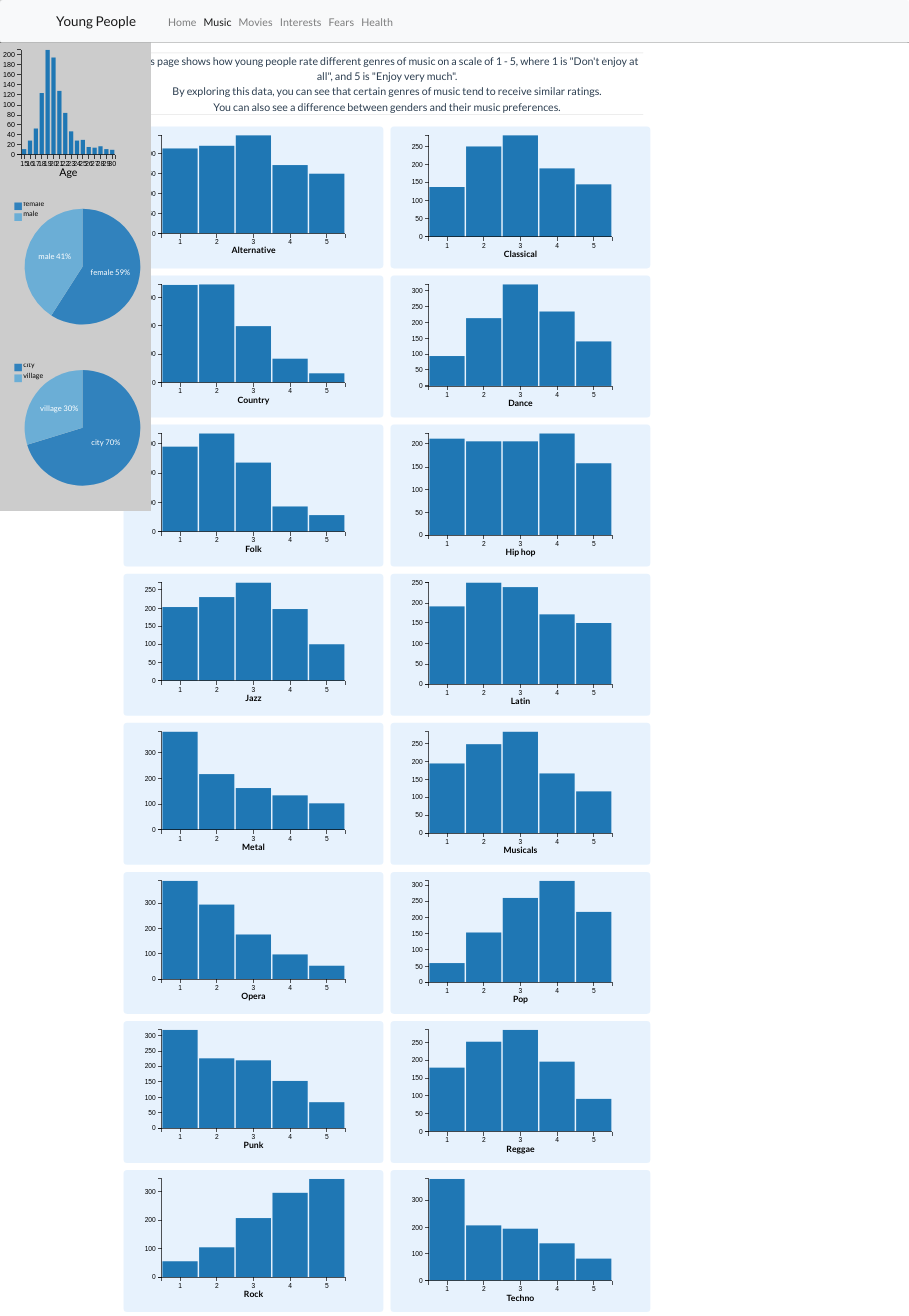
Repository: BrendanMolloy/milestone2
Page: music.html
The author's editor kept a record of every edit. The page is drawn from the files as they stood at one moment, then again after the next edit.
The browser window is 1280 px wide. The pictures show the whole page, at 71% of full size.
Some web libraries are served in a nearby version.

Above is the page before.

### music.html
<!DOCTYPE html>
<html lang="en">

<head>
  <meta charset="UTF-8">
  <meta name="viewport" content="width=device-width, initial-scale=1.0">
  <meta http-equiv="X-UA-Compatible" content="ie=edge">
  <title>Young People</title>

  <link rel="stylesheet" href="https://maxcdn.bootstrapcdn.com/bootstrap/4.0.0/css/bootstrap.min.css" integrity="sha384-Gn5384xqQ1aoWXA+058RXPxPg6fy4IWvTNh0E263XmFcJlSAwiGgFAW/dAiS6JXm" crossorigin="anonymous">

  <link rel="stylesheet" href="css/bootstrap.min.css" type="text/css" />
  <link rel="stylesheet" href="css/dc.min.css" type="text/css" />
  <link rel="stylesheet" href="css/style.css" type="text/css" />

  <script type="text/javascript" src="js/d3.min.js"></script>
  <script type="text/javascript" src="js/crossfilter.min.js"></script>
  <script type="text/javascript" src="js/dc.min.js"></script>
  <script type="text/javascript" src="js/queue.min.js"></script>
  <script type="text/javascript" src="js/music.js"></script>
</head>

<body>
  <!------------------------------- Navbar -------------------------------------->

  <div class="navbar-container">
    <nav class="navbar navbar-expand-lg navbar-light bg-light">
      <a class="navbar-brand" href="#">Young People</a>
      <button class="navbar-toggler" type="button" data-toggle="collapse" data-target="#navbarNav" aria-controls="navbarNav" aria-expanded="false" aria-label="Toggle navigation">
    <span class="navbar-toggler-icon"></span>
  </button>
      <div class="collapse navbar-collapse" id="navbarNav">
        <ul class="navbar-nav">
          <li class="nav-item">
            <a class="nav-link" href="index.html">Home</a>
          </li>
          <li class="nav-item active">
            <a class="nav-link" href="music.html">Music <span class="sr-only">(current)</span></a>
          </li>
          <li class="nav-item">
            <a class="nav-link" href="movies.html">Movies</a>
          </li>
          <li class="nav-item">
            <a class="nav-link" href="interests.html">Interests</a>
          </li>
          <li class="nav-item">
            <a class="nav-link" href="fears.html">Fears</a>
          </li>
          <li class="nav-item">
            <a class="nav-link" href="health.html">Health</a>
          </li>
        </ul>
      </div>
    </nav>
  </div>

  <!------------------------------- Sidebar ------------------------------------->
  <!--  filters/demographics -->
  <div class="container">
    <div class="row">
      <div class="sidenav col-xs-5 col-sm-5 col-m-5 col-lg-2">
        <div id="age" class="side-graphs"></div>
        <div id="gender-balance" class="side-graphs"></div>
        <div id="city-village" class="side-graphs"></div>
        <div id="handedness" class="side-graphs"></div>
      </div>

      <!-------------------------------- Music ------------------------------------->
      <div class="main col-xs-7 col-sm-7 col-m-7 col-lg-10">
        <h1>Music Preferences</h1>
        <p>This page shows how young people rate different genres of music on a scale of 1 - 5, where 1 is "Don't enjoy at all", and 5 is "Enjoy very much".
          <br> By exploring this data, you can see that certain genres of music tend to receive similar ratings.
          <br> You can also see a difference between genders and their music preferences.</p>
        <div class="row">
          <div id="alternative" class="col-sm-12 col-m-6 col-lg-6 badge"></div>
          <div id="classical" class="col-sm-12 col-m-6 col-lg-6 badge"></div>
          <div id="country" class="col-sm-12 col-m-6 col-lg-6 badge"></div>
          <div id="dance" class="col-sm-12 col-m-6 col-lg-6 badge"></div>
          <div id="folk" class="col-sm-12 col-m-6 col-lg-6 badge"></div>
          <div id="hiphop" class="col-sm-12 col-m-6 col-lg-6 badge"></div>
          <div id="jazz" class="col-sm-12 col-m-6 col-lg-6 badge"></div>
          <div id="latin" class="col-sm-12 col-m-6 col-lg-6 badge"></div>
          <div id="metal" class="col-sm-12 col-m-6 col-lg-6 badge"></div>
          <div id="musicals" class="col-sm-12 col-m-6 col-lg-6 badge"></div>
          <div id="opera" class="col-sm-12 col-m-6 col-lg-6 badge"></div>
          <div id="pop" class="col-sm-12 col-m-6 col-lg-6 badge"></div>
          <div id="punk" class="col-sm-12 col-m-6 col-lg-6 badge"></div>
          <div id="reggae" class="col-sm-12 col-m-6 col-lg-6 badge"></div>
          <div id="rock" class="col-sm-12 col-m-6 col-lg-6 badge"></div>
          <div id="techno" class="col-sm-12 col-m-6 col-lg-6 badge"></div>
        </div>
      </div>
    </div>
  </div>

  <script src="https://code.jquery.com/jquery-3.2.1.slim.min.js" integrity="sha384-KJ3o2DKtIkvYIK3UENzmM7KCkRr/rE9/Qpg6aAZGJwFDMVNA/GpGFF93hXpG5KkN" crossorigin="anonymous"></script>
  <script src="https://cdnjs.cloudflare.com/ajax/libs/popper.js/1.12.9/umd/popper.min.js" integrity="sha384-ApNbgh9B+Y1QKtv3Rn7W3mgPxhU9K/ScQsAP7hUibX39j7fakFPskvXusvfa0b4Q" crossorigin="anonymous"></script>
  <script src="https://maxcdn.bootstrapcdn.com/bootstrap/4.0.0/js/bootstrap.min.js" integrity="sha384-JZR6Spejh4U02d8jOt6vLEHfe/JQGiRRSQQxSfFWpi1MquVdAyjUar5+76PVCmYl" crossorigin="anonymous"></script>


</body>

</html>

### css/style.css
.section {
  text-align: center;
  padding: 0px;
}

.row {
  text-align: center;
}

p{
  border-top: 1px solid #e6e6e6 ;
  border-bottom: 1px solid #e6e6e6;
}

.landing p {
  background: rgba(231, 242, 253, 0.7);
    -webkit-animation: fadein 3s; /* Safari, Chrome and Opera > 12.1 */
       -moz-animation: fadein 3s; /* Firefox < 16 */
        -ms-animation: fadein 3s; /* Internet Explorer */
         -o-animation: fadein 3s; /* Opera < 12.1 */
            animation: fadein 3s;
}




.navbar-container {
  z-index: 2;
    position: fixed;
    width: 100vw;
    border-bottom: 1px solid #000;

}

.navbar {
  z-index: 2;
  padding:0;
  padding-left:5%;
  padding-right:5%;
  margin:0;
}


.landing {
  text-align: center;
  padding-top: 60px;
  padding-right: 15%;
  padding-left: 15%;
  background: url("../images/young-people.jpg") no-repeat fixed center;
  height: 100vh;
  background-size: cover;
}

.landing-graphs {
  position: relative;
  height: 0;
  width: 100%;
  padding: 5%;
  padding-bottom: 25%;
  background: rgba(231, 242, 253, 0.9);
}

.sidenav {
  height: 100%; /*Full-height: remove this if you want "auto" height */
  /*width: 450px;  Set the width of the sidebar */
  position: fixed; /* Fixed Sidebar (stay in place on scroll) */
  z-index: 1; /* Stay on top */
  top: 0; /* Stay at the top */
  left: 0;
  background-color: #CCCCCC; /* Light Grey */
  overflow-x: hidden; /* Disable horizontal scroll */
  padding: 0;
  padding-top: 60px;
  border-right: 1px solid #000;
}

.main {
  /*margin-left: 250px;
  Same as the width of the sidebar */
  max-width: 100vw;
  padding-left: 10%;
  padding-right: 10%;
  /*padding-top: 60px; */
}

.badge {
  background-color: #E7F2FD;
  border: 5px solid #fff;
}


#music-enjoyment {
  padding: 0;
}

.side-graphs {
  text-align: center;
  width: 100%;
  padding: 20px;
  padding-right: 0px;
}

.side-graphs#age {
  padding: 0;
}

### js/music.js
/* global queue */
/* global d3 */
/* global crossfilter */
/* global dc */

queue()
    .defer(d3.csv, "data/young-people.csv")
    .await(makeGraphs);

function makeGraphs(error, ypData){
    var ndx = crossfilter(ypData);

    // demographics //
    show_age_range(ndx);
    show_pie_chart(ndx, 'Gender', "#gender-balance");
    show_pie_chart(ndx, 'Village - town', "#city-village");
    show_pie_chart(ndx, 'Left - right handed', "#handedness")

    // music //
    /*show_enjoyment(ndx, 'Music', "#music-enjoyment", "I enjoy listening to music");*/
    show_bar_chart(ndx, 'Alternative', "#alternative", "Alternative");
    show_bar_chart(ndx, 'Classical music', "#classical", "Classical");
    show_bar_chart(ndx, 'Country', "#country", "Country");
    show_bar_chart(ndx, 'Dance', "#dance", "Dance");
    show_bar_chart(ndx, 'Folk', "#folk", "Folk");
    show_bar_chart(ndx, 'Hiphop, Rap', "#hiphop", "Hip hop");
    show_bar_chart(ndx, 'Swing, Jazz', "#jazz", "Jazz");
    show_bar_chart(ndx, 'Latino', "#latin", "Latin");
    show_bar_chart(ndx, 'Metal or Hardrock', "#metal", "Metal");
    show_bar_chart(ndx, 'Musical', "#musicals", "Musicals");
    show_bar_chart(ndx, 'Opera', "#opera", "Opera");
    show_bar_chart(ndx, 'Pop', "#pop", "Pop");
    show_bar_chart(ndx, 'Punk', "#punk", "Punk");
    show_bar_chart(ndx, 'Reggae, Ska', "#reggae", "Reggae");
    show_bar_chart(ndx, 'Rock', "#rock", "Rock");
    show_bar_chart(ndx, 'Techno, Trance', "#techno", "Techno");

    dc.utils.printSingleValue.fformat = d3.format('.0f');

    dc.renderAll();
}

function remove_empty_bins(source_group) { //eliminates empty or null values from the dataset, so graphs can render unimpeded//
    return {
        all:function () {
            return source_group.all().filter(function(d) {
                //return Math.abs(d.value) > 0.00001; // if using floating-point numbers
                return d.key !== ""; // if integers only
            });
        }
    };
}



//---------------------- Demographics Graphs ---------------------------------//

function show_pie_chart(ndx, dimensionLabel, id){
    var dim = ndx.dimension(dc.pluck(dimensionLabel));
    var group = dim.group();
    var filtered_group = remove_empty_bins(group)

    dc.pieChart(id)
        .useViewBoxResizing(true)
        .externalRadiusPadding(10)
        .innerRadius(0)
        .dimension(dim)
        .group(filtered_group)
        .legend(dc.legend())
        .on('pretransition', function(chart) {
        chart.selectAll('text.pie-slice').text(function(d) {
            return d.data.key + ' ' + dc.utils.printSingleValue((d.endAngle - d.startAngle) / (2*Math.PI) * 100) + '%';
        })
    })
}

function show_age_range(ndx){
    var dim = ndx.dimension(dc.pluck('Age'));
    var group = dim.group();
    var filtered_group = remove_empty_bins(group)

    dc.barChart("#age")
        .useViewBoxResizing(true)
        .dimension(dim)
        .group(filtered_group)
        .transitionDuration(500)
        .x(d3.scale.ordinal())
        .xUnits(dc.units.ordinal)
        .elasticY(true)
        .xAxisLabel("Age")
        .yAxis().ticks(10);
}

/*function show_age_range(ndx){ //displays age distribution in pie chart form
    var dim = ndx.dimension(dc.pluck('Age'));
    var group = dim.group();
    var filtered_group = remove_empty_bins(group)

    dc.pieChart("#age")
        .useViewBoxResizing(true)
        .externalRadiusPadding(10)
        .innerRadius(0)
        .dimension(dim)
        .group(filtered_group)
        .legend(dc.legend())
        .on('pretransition', function(chart) {
        chart.selectAll('text.pie-slice').text(function(d) {
            return d.data.key + ' ' + dc.utils.printSingleValue((d.endAngle - d.startAngle) / (2*Math.PI) * 100) + '%';
        })
    })
} */

//---------------------------- Main Graphs ----------------------------------//

function show_enjoyment(ndx, dimensionLabel, id, xlabel){
    var dim = ndx.dimension(dc.pluck(dimensionLabel));
    var group = dim.group();
    var filtered_group = remove_empty_bins(group)

    dc.barChart(id)
        .width(400)
        .height(300)
        .margins({top:10, right:50, bottom:30, left:50})
        .dimension(dim)
        .group(filtered_group)
        .transitionDuration(500)
        .x(d3.scale.ordinal())
        .xUnits(dc.units.ordinal)
        .elasticY(true)
        .xAxisLabel(xlabel)
        .yAxis().ticks(10);
}

function show_bar_chart(ndx, dimensionLabel, id, xlabel){
    var dim = ndx.dimension(dc.pluck(dimensionLabel)); //selects column from dataset
    var group = dim.group();
    var filtered_group = remove_empty_bins(group)
    /*var w = 240; //adjust graph dimensions
    var h = 180; */

    dc.barChart(id)
        /*.width(w)
        .height(h) */
        .useViewBoxResizing(true)
        .margins({top:10, right:50, bottom:30, left:50})
        .dimension(dim)
        .group(filtered_group)
        .transitionDuration(500)
        .x(d3.scale.ordinal())
        .xUnits(dc.units.ordinal)
        .elasticY(true)
        .xAxisLabel(xlabel)
        .yAxis().ticks(5);
}

Loaded but not shown: css/bootstrap.min.css (library); css/dc.min.css (library); js/d3.min.js (library); js/crossfilter.min.js (library); js/dc.min.js (library); js/queue.min.js (common file)

After the next edit:
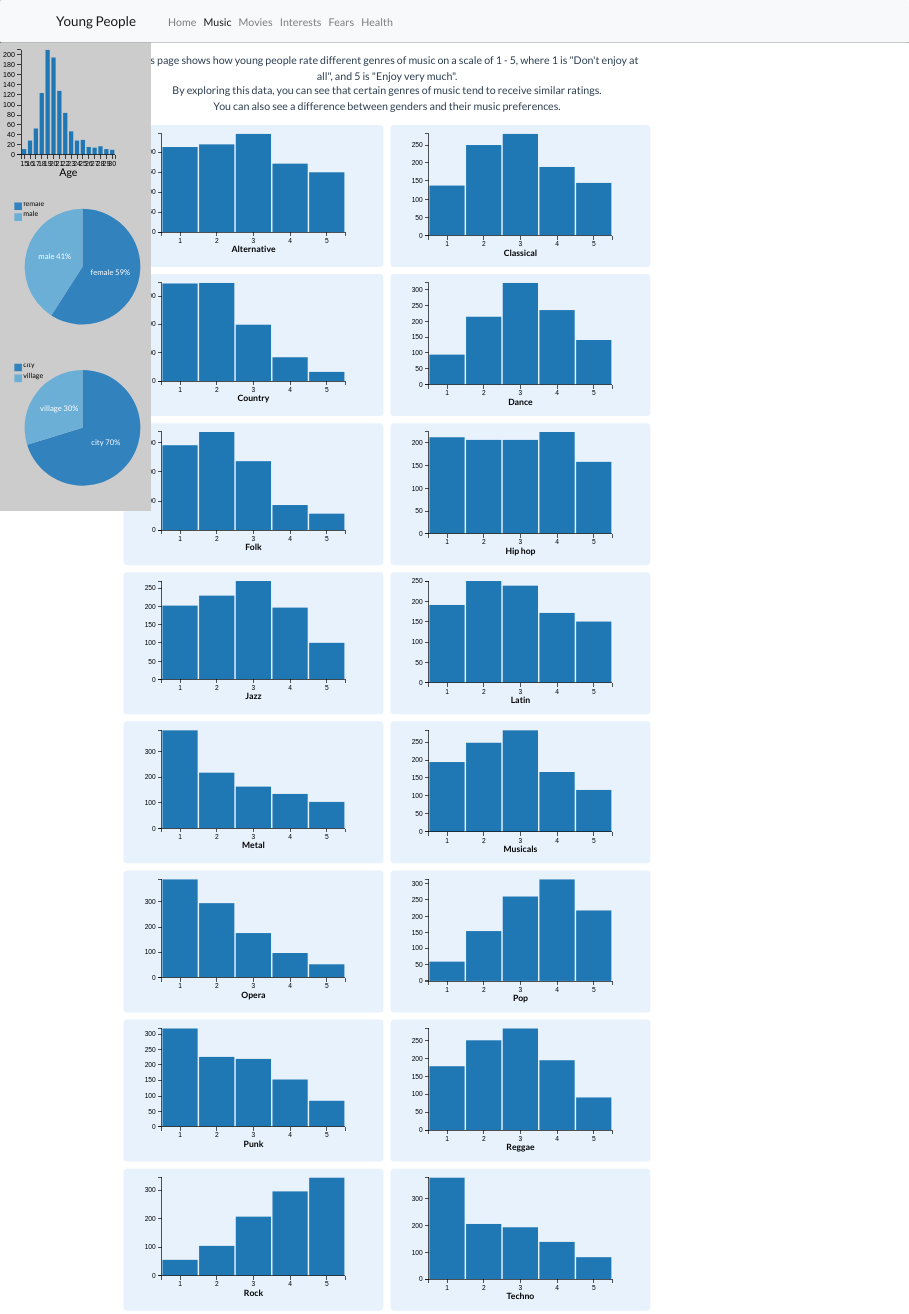
The edit:
--- a/css/style.css
+++ b/css/style.css
@@ -6,23 +6,6 @@
 .row {
   text-align: center;
 }
-
-p{
-  border-top: 1px solid #e6e6e6 ;
-  border-bottom: 1px solid #e6e6e6;
-}
-
-.landing p {
-  background: rgba(231, 242, 253, 0.7);
-    -webkit-animation: fadein 3s; /* Safari, Chrome and Opera > 12.1 */
-       -moz-animation: fadein 3s; /* Firefox < 16 */
-        -ms-animation: fadein 3s; /* Internet Explorer */
-         -o-animation: fadein 3s; /* Opera < 12.1 */
-            animation: fadein 3s;
-}
-
-
-
 
 .navbar-container {
   z-index: 2;

After the edit that followed:
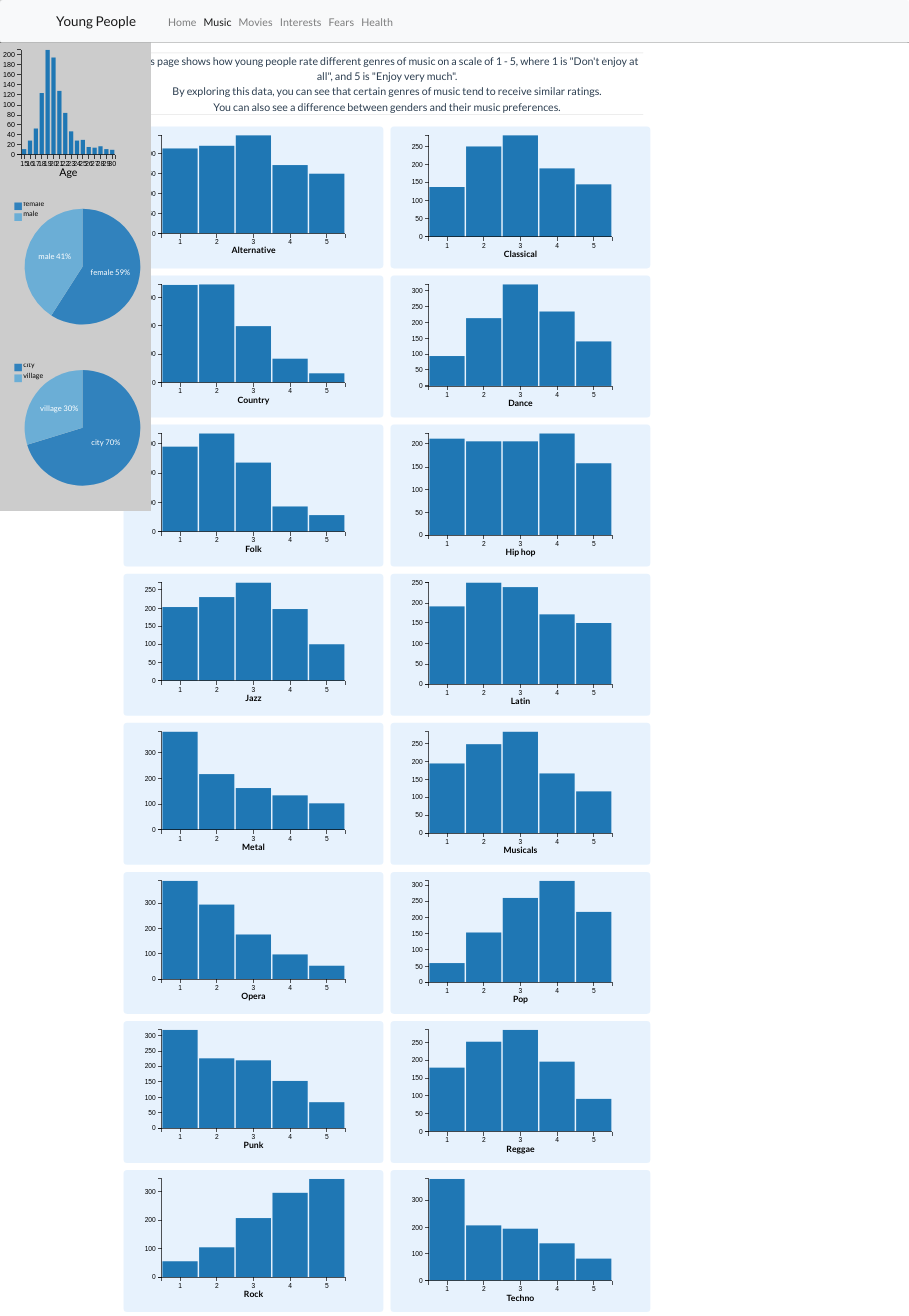
The edit:
--- a/css/style.css
+++ b/css/style.css
@@ -43,6 +43,20 @@
   background: rgba(231, 242, 253, 0.9);
 }
 
+p{
+  border-top: 1px solid #e6e6e6 ;
+  border-bottom: 1px solid #e6e6e6;
+}
+
+.landing p {
+  background: rgba(231, 242, 253, 0.7);
+    -webkit-animation: fadein 3s; /* Safari, Chrome and Opera > 12.1 */
+       -moz-animation: fadein 3s; /* Firefox < 16 */
+        -ms-animation: fadein 3s; /* Internet Explorer */
+         -o-animation: fadein 3s; /* Opera < 12.1 */
+            animation: fadein 3s;
+}
+
 .sidenav {
   height: 100%; /*Full-height: remove this if you want "auto" height */
   /*width: 450px;  Set the width of the sidebar */
